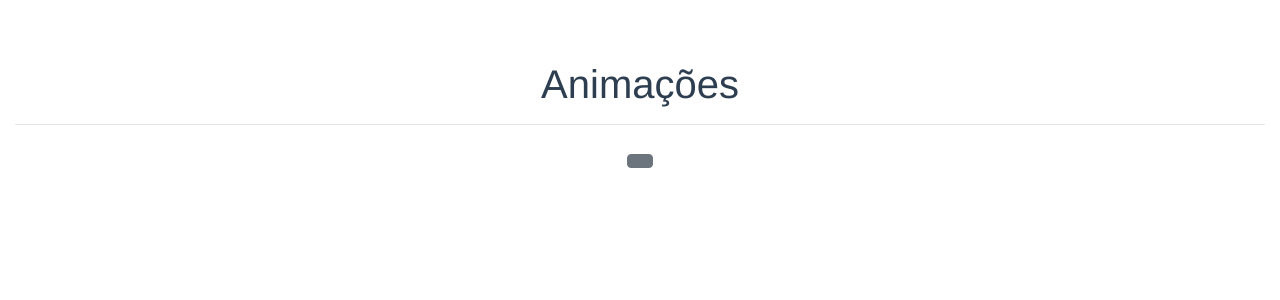
Repository: LucianoBitt/Curso_VueJS
Page: / (app in 12_animacoes/animacoes-exercicios/)
An editor plug-in stored every save of this project. The page is shown before and after the next save, followed by the edit.
The browser window is 1280 px wide. The pictures show the whole page.
The project was rebuilt for these pictures with package versions that can differ from the ones it lists, and the page was loaded fresh each time.

Above is the page before, as saved 2023-12-22 10:06:31.

### 12_animacoes/animacoes-exercicios/src/App.vue
<template>
	<div id="app" class="container-fluid">
		<h1>Animações</h1>
		<hr>
		<b-button></b-button>
	</div>
</template>

<script>

export default {
	data() {
		return {
			msg: 'Mensagem de informação para o usuário!',
			exibir: false
		}
	}
}
</script>

<style>
#app {
	font-family: 'Avenir', Helvetica, Arial, sans-serif;
	-webkit-font-smoothing: antialiased;
	-moz-osx-font-smoothing: grayscale;
	text-align: center;
	color: #2c3e50;
	margin-top: 60px;
	font-size: 1.5rem;
}
</style>

Loaded but not shown: 12_animacoes/animacoes-exercicios/public/index.html (common file); 12_animacoes/animacoes-exercicios/src/main.js (common file); 12_animacoes/animacoes-exercicios/src/plugins/bootstrap-vue.js (common file)

After the next save:
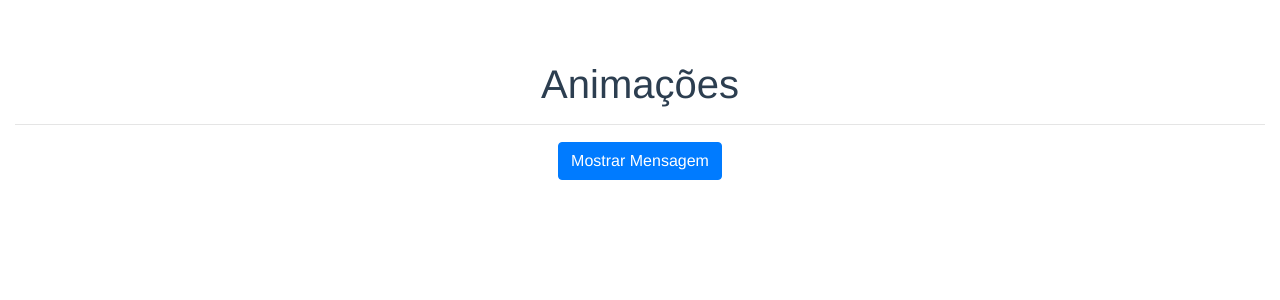
Saved 19 s later.
--- a/12_animacoes/animacoes-exercicios/src/App.vue
+++ b/12_animacoes/animacoes-exercicios/src/App.vue
@@ -2,7 +2,7 @@
 	<div id="app" class="container-fluid">
 		<h1>Animações</h1>
 		<hr>
-		<b-button></b-button>
+		<b-button variant="primary">Mostrar Mensagem</b-button>
 	</div>
 </template>
 
